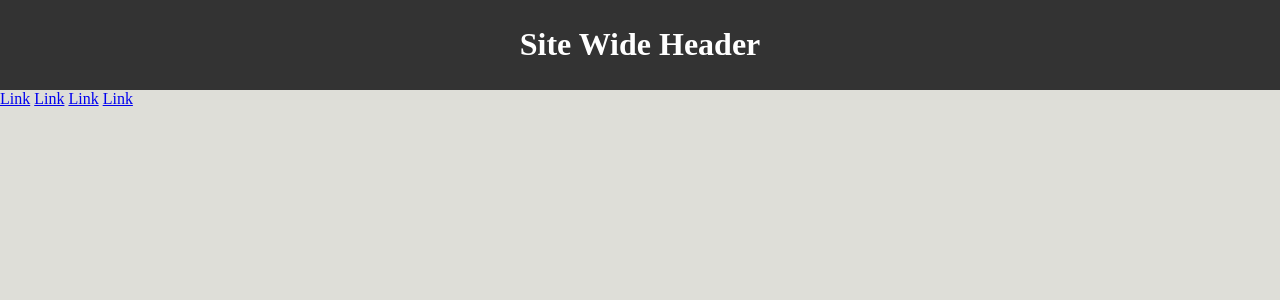
Repository: ayeza-baseer/AssignmentFlexbox
Page: assignment.html
The author's editor kept a copy of each file at every save. The page is drawn from the files as they stood at one save, then again after the next save.
The browser window is 1280 px wide. The pictures show the whole page.

Above is the page before, as saved 2023-03-17 13:38:55.

After the next save:
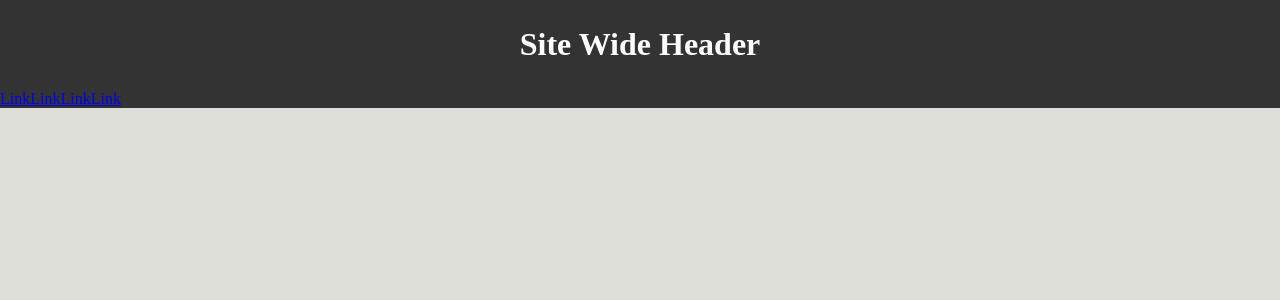
Saved 44 s later.
--- a/assignment.css
+++ b/assignment.css
@@ -13,16 +13,7 @@ body{
     background-color: #deded8;
 }
 
-.container{
+.navbar {
     display: flex;
-}
-
-.container > li {
-    padding: 10px;
-    text-align: center;
-    font-size: 2em;
-    color: #ffeead;
-    box-sizing: border-box;
-    background-color: #96ceb4;
-    list-style-type: none;
+    background-color: #333;
   }
